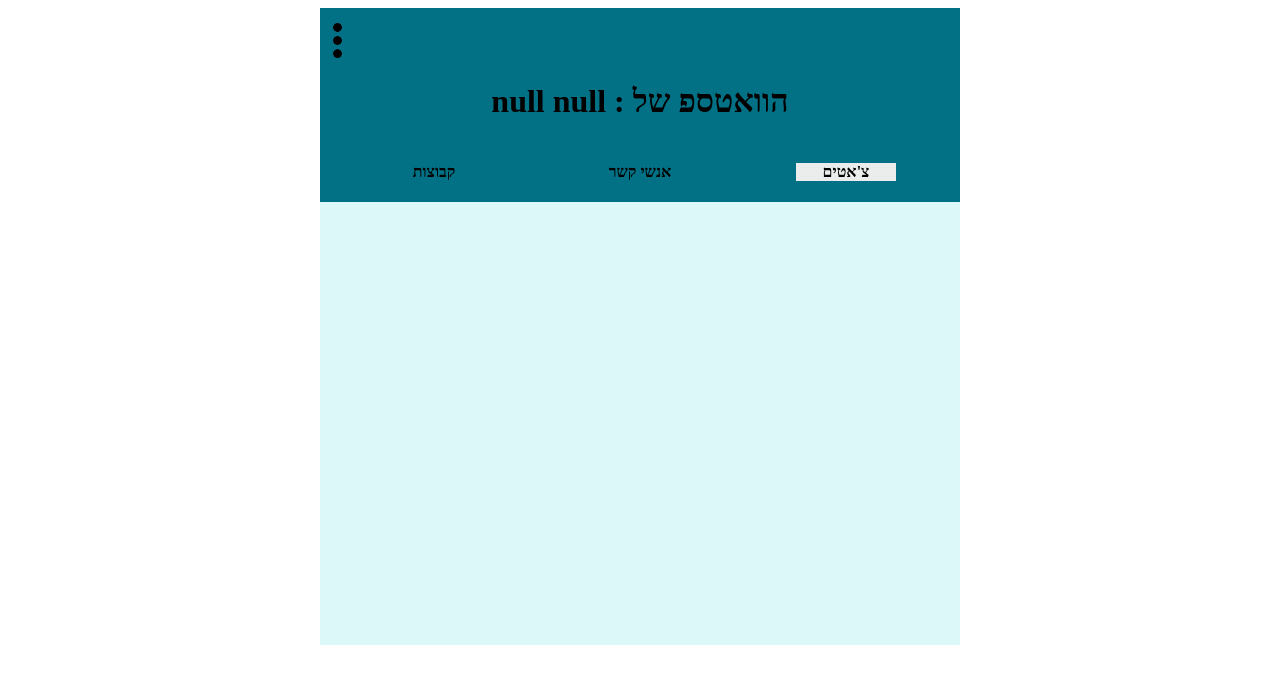
Repository: shlomoYosefi/whatsapp-spring-mongo
Page: whatsapp-client/whatsapp/whatsapp.html
The author's editor kept a copy of each file at every save. The page is drawn from the files as they stood at one save, then again after the next save.
The browser window is 1280 px wide. The pictures show the whole page.
The page's requests for data from a server got no answer.

Above is the page before, as saved 2021-08-11 12:00:35.

After the next save:
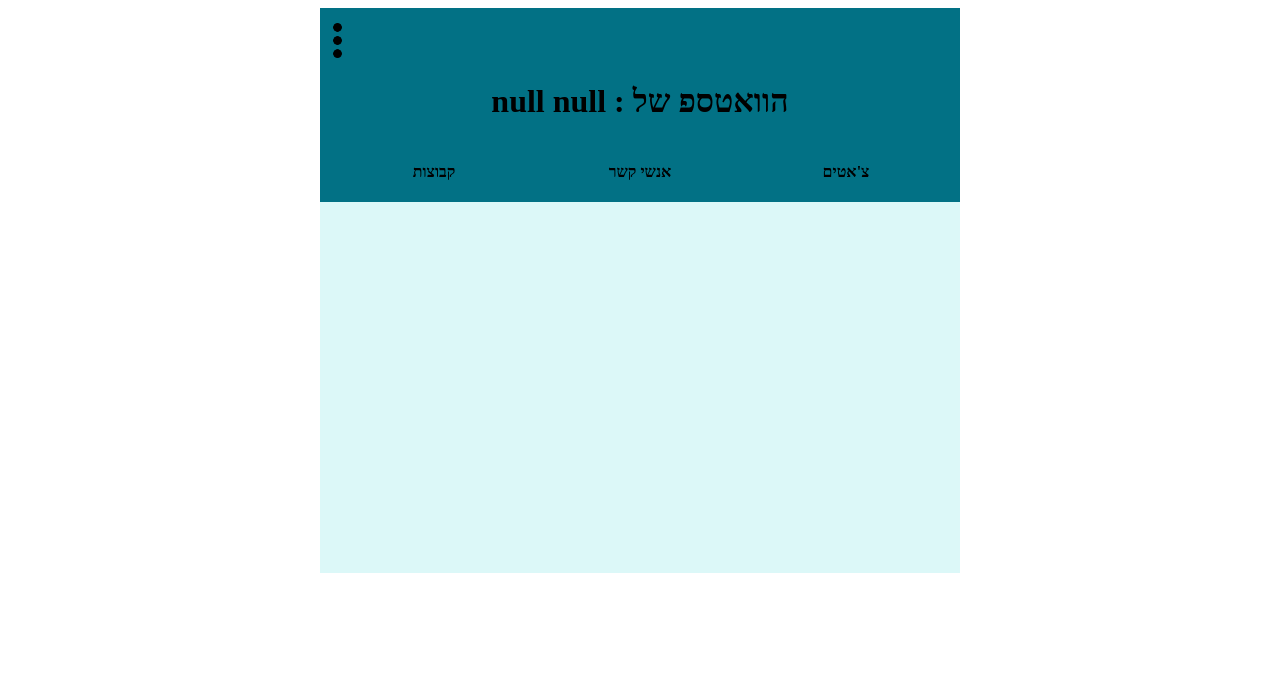
Console error: SyntaxError: Identifier 'urlMessages' has already been declared
Saved 36 s later.
--- a/whatsapp-client/whatsapp/functionsToHtml.js
+++ b/whatsapp-client/whatsapp/functionsToHtml.js
@@ -1,6 +1,8 @@
 // import { getAllMessagesByUserService } from "./service.mjs";
 
 const urlMessages = "http://localhost:8082/messages/"
+const urlMessages = "http://localhost:8082/messages/"
+
 const urlUsers = "http://localhost:82/users/";
 
 

After the save that followed:
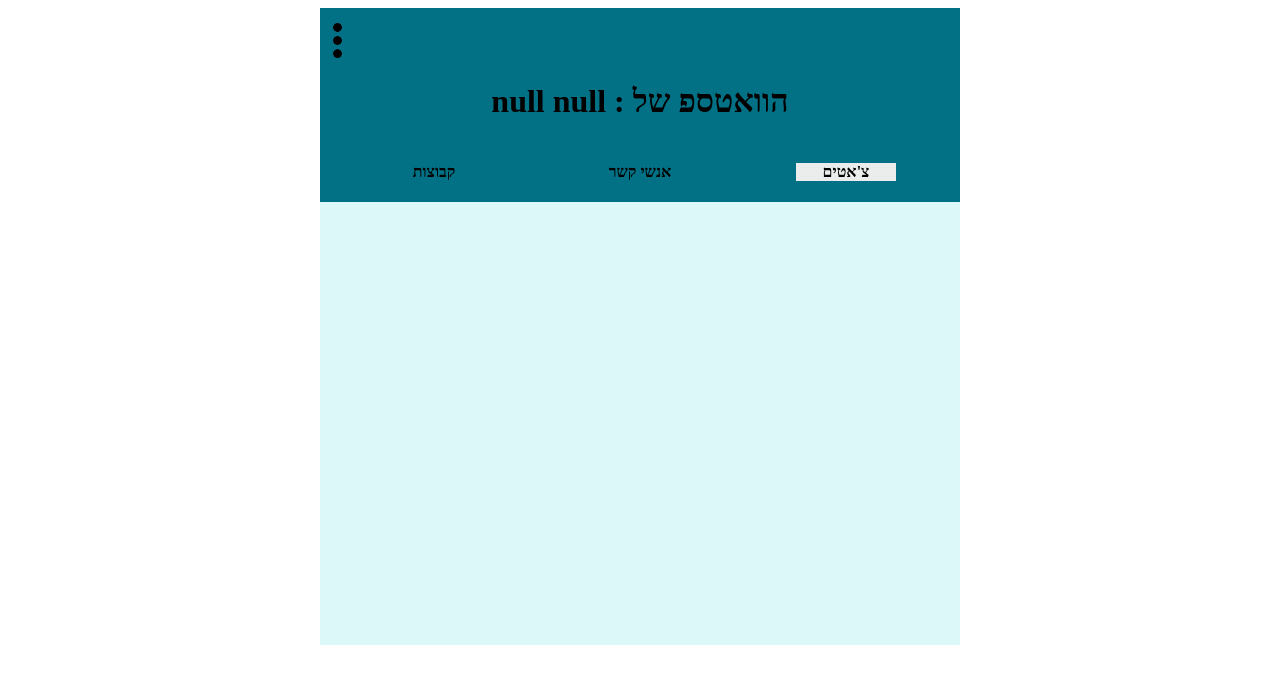
The error is gone.
Saved 6 s later.
--- a/whatsapp-client/whatsapp/functionsToHtml.js
+++ b/whatsapp-client/whatsapp/functionsToHtml.js
@@ -1,7 +1,7 @@
 // import { getAllMessagesByUserService } from "./service.mjs";
 
 const urlMessages = "http://localhost:8082/messages/"
-const urlMessages = "http://localhost:8082/messages/"
+const urlMessagesGroup = "http://localhost:8082/messages/"
 
 const urlUsers = "http://localhost:82/users/";
 
